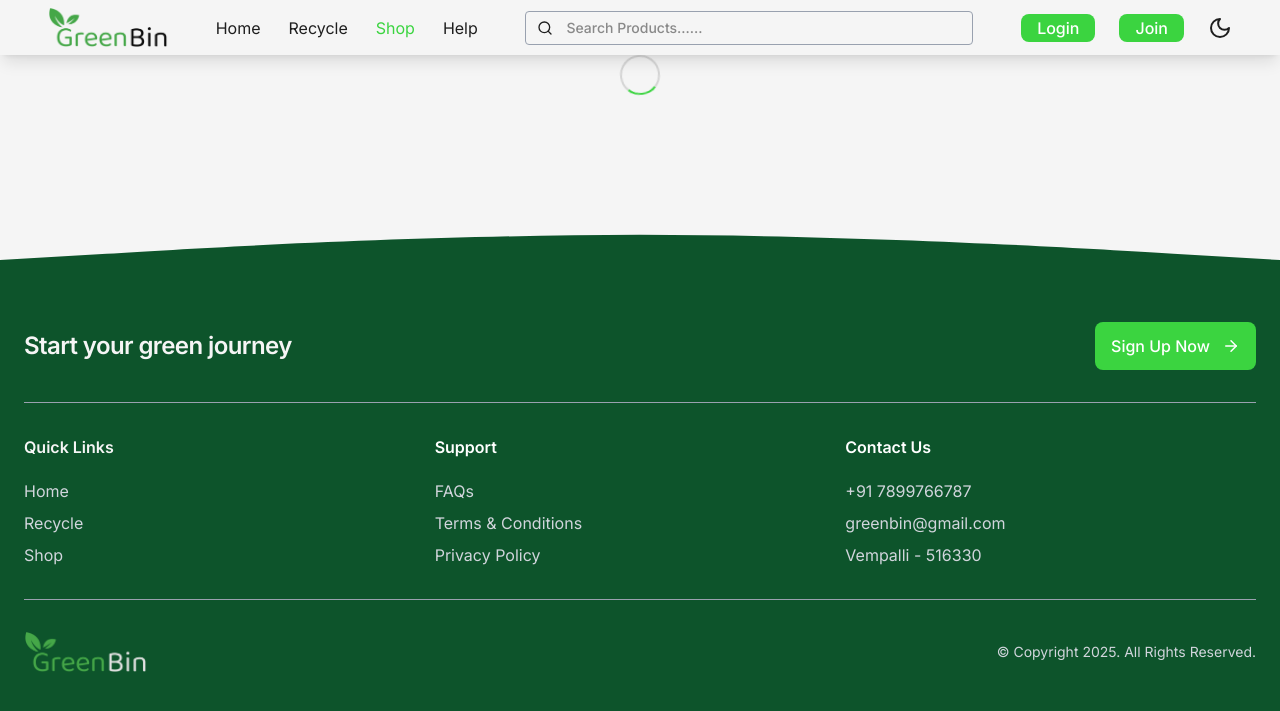
Repository: Siddhu123456/Plastic-Waste-Management
Page: /shop (app in frontend/)
The author's editor kept a copy of each file at every save. The page is drawn from the files as they stood at one save, then again after the next save.
The browser window is 1280 px wide. The pictures show the whole page.
The page's requests for data from a server got no answer. The project was rebuilt for these pictures with package versions that can differ from the ones it lists, and the page was loaded fresh each time. No one was signed in, and anything a server would have sent is missing. Also part of the build but not shown: frontend/vite.config.js, frontend/src/components/ProductCard.jsx, frontend/src/components/TrendingProductsCarousel.jsx, frontend/src/pages/Home.jsx, frontend/src/components/FilterBar.jsx, frontend/src/pages/customer/Recycle.jsx, frontend/src/components/CartItemCard.jsx, frontend/src/pages/customer/Cart.jsx and 14 more. Imported but missing from the stored project, and not drawn on this page: frontend/src/pages/Help, frontend/src/pages/customer/WishList.

Above is the page before, as saved 2025-05-06 16:34:41.

### frontend/src/index.css
@import url('https://fonts.googleapis.com/css2?family=Fugaz+One&family=Montserrat:ital@0;1&display=swap');
@import url('https://fonts.googleapis.com/css2?family=Inter:ital,opsz,wght@0,14..32,100..900;1,14..32,100..900&display=swap');
@import "tailwindcss";


@custom-variant dark (&:where(.dark, .dark *));


@theme{
  --color-ow : #f5f5f5;
  --color-dbg : #000803;
  --color-dsc : #1e221f;
  --color-dtc : #313532;
  --color-lgg : #3bd440;
  --color-tc : #1e1e1e;
  --color-lgd : #2aa12e;
  --color-bl: #1D2A35;
  --color-lg-trans : rgba(69, 167, 72, 0.3);
}

@layer components {
  .pri-btn {
    @apply text-white cursor-pointer text-center rounded-lg bg-lgg hover:bg-lgd transition duration-300
  }
  .white-btn {
    @apply text-lgg cursor-pointer text-center rounded-2xl bg-ow transition duration-300
  }
  .trans-btn{
    @apply border text-center rounded-2xl cursor-pointer border-lgg text-lgg hover:bg-lgg hover:text-white transition
  }

  .white-trans-btn{
    @apply border text-center rounded-2xl cursor-pointer border-white text-white transition duration-300
  }
}

@layer utilities{
  .no-scrollbar::-webkit-scrollbar {
    display: none;
}
.no-scrollbar {
    -ms-overflow-style: none;
    scrollbar-width: none;
}
}

:root{
  font-family: "Inter", sans-serif;
  background-color: #f5f5f5;
  box-sizing: border-box;
  overflow-x: hidden;
}


input[type='range'] {
  pointer-events: all;
  height: 0;
}

input[type='range']::-webkit-slider-thumb {
  appearance: none;
  height: 16px;
  width: 16px;
  background: #22c55e;
  border-radius: 9999px;
  cursor: pointer;
  border: none;
}

input[type='range']::-moz-range-thumb {
  height: 16px;
  width: 16px;
  background: #22c55e;
  border-radius: 9999px;
  cursor: pointer;
  border: none;
}

### frontend/src/App.jsx
import { CartProvider } from './components/CartContext.jsx';
import AppRoutes from './routes/AppRoutes.jsx'


const App = () => (
    <CartProvider>
        <AppRoutes />
    </CartProvider>
)

export default App;

### frontend/src/components/CartContext.jsx
import { createContext, useContext, useState } from "react";

const CartContext = createContext();

export const CartProvider = ({ children }) => {
  const [cartCount, setCartCount] = useState(0);

  return (
    <CartContext.Provider value={{ cartCount, setCartCount }}>
      {children}
    </CartContext.Provider>
  );
};

export const useCart = () => useContext(CartContext);

### frontend/src/routes/AppRoutes.jsx
import {BrowserRouter as Router, Routes, Route} from 'react-router-dom'

import Home from '../pages/Home'
import Help from '../pages/Help'
import Shop from '../pages/customer/Shop'
import Recycle from '../pages/customer/Recycle'
import Cart from '../pages/customer/Cart'
import WishList from '../pages/customer/WishList'
import ProductOverview from '../pages/customer/ProductOverview'
import ScrollToTop from './ScrollToTop'
import Layout from '../components/Layout'
import Wallet from '../pages/customer/Wallet'
import OrderHistory from '../pages/customer/OrderHistory'
import OrderSummary from '../pages/customer/OrderSummary'
import PickupHistory from '../pages/customer/PickupHistory'
import CustomerProfile from '../pages/customer/CustomerProfile'
import ProductForm from '../pages/admin/ProductForm'

const AppRoutes = () => {
  return (
    <Router>
      <Layout>
      <ScrollToTop />
        <Routes>
            <Route path='/' element={<Home />} />
            <Route path='/recycle' element={<Recycle />} />
            <Route path='/shop' element={<Shop />} />
            <Route path='/help' element={<Help />} />
            <Route path='/cart' element={<Cart />} />
            <Route path='/favorites' element={<WishList />} />
            <Route path='/wallet' element={<Wallet />} />
            <Route path='/product/:id' element={<ProductOverview />} />
            <Route path='/orders' element={<OrderHistory />} />
            <Route path='/orders/:id' element={<OrderSummary />} />
            <Route path='/pickups' element={<PickupHistory />} />
            <Route path='/cprofile' element={<CustomerProfile />} />
            <Route path='/pform' element={<ProductForm />} />
        </Routes>
        </Layout>
    </Router>
  )
}

export default AppRoutes

### frontend/src/pages/customer/Shop.jsx
import React, { useState, useRef, useEffect, useMemo } from 'react';
import { LuArrowUpDown, LuSlidersHorizontal } from 'react-icons/lu';
import ProductCard from '../../components/ProductCard';
import FilterBar from '../../components/FilterBar';
import Loader from '../../components/Loader';

const Shop = () => {

  const [filterOpen, setFilterOpen] = useState(false)
  const [products, setProducts] = useState([])
  const [loading, setLoading] = useState(true)

  useEffect(() => {
    fetch("http://localhost:8080/api/product/all")
      .then((res) => res.json())
      .then((data) => setProducts(data))
      .catch((err) => console.error(err));
  }, []);


  const [filters, setFilters] = useState({
    categories:[],
    inStockOnly: false,
    minRating: 0,
    discountOnly: false,
    priceRange: [0,2000]
  });


  const updateFilter = (key, value) => {
    setFilters(prev => ({...prev,[key]:value}));
  };


  const [sortOption, setSortOption] = useState('Popularity');
  const [isSortOpen, setIsSortOpen] = useState(false);
  const sortRef = useRef(null);

  const handleSortChange = (sortKey) => {
    setSortOption(sortKey);
    setIsSortOpen(false);
  };

  // Close sort dropdown when clicking outside
  useEffect(() => {
    const handleClickOutside = (event) => {
      if (sortRef.current && !sortRef.current.contains(event.target)) {
        setIsSortOpen(false);
      }
    };
    document.addEventListener('mousedown', handleClickOutside);
    return () => document.removeEventListener('mousedown', handleClickOutside);
  }, []);


  const filteredProducts = useMemo(() => {
    return products.filter(product => {
      const inCategory = filters.categories.length === 0 || filters.categories.includes(product.category);
      const inStock = !filters.inStockOnly || product.stock;
      const meetsRating = product.rating >= filters.minRating;
      const hasDiscount = !filters.discountOnly || product.discount > 0;
      const inPriceRange = product.price >= filters.priceRange[0] && product.price <= filters.priceRange[1];

      return inCategory && inStock && meetsRating && hasDiscount && inPriceRange;
    });
  }, [products, filters]);

  const sortedProducts = useMemo(() => {
    const sorted = [...filteredProducts];
    switch (sortOption) {
      case 'Newest':
        sorted.sort((a, b) => new Date(b.createdAt) - new Date(a.createdAt));
        break;
      case 'Rating':
        sorted.sort((a, b) => b.rating - a.rating);
        break;
      case 'Cost Low to High':
        sorted.sort((a, b) => a.price - b.price);
        break;
      case 'Cost High to Low':
        sorted.sort((a, b) => b.price - a.price);
        break;
      case 'Popularity':
      default:
        const C = 3.5; // average rating across all products
        const m = 10;  // minimum votes for full trust

        sorted.sort((a, b) => {
          const scoreA = ((a.ratedCount / (a.ratedCount + m)) * a.rating) + ((m / (a.ratedCount + m)) * C);
          const scoreB = ((b.ratedCount / (b.ratedCount + m)) * b.rating) + ((m / (b.ratedCount + m)) * C);
          return scoreB - scoreA;
        });
        break;
    }

    return sorted;
  }, [filteredProducts, sortOption]);

  if(loading)
    return (
    <div className="flex justify-center pt-1/2 w-full"><Loader/></div>
    )

  return (
    <>

      {/* Filtering and Sorting */}
      <section className='bg-ow sticky top-13 py-3 z-40 dark:bg-dsc text-gray-800 dark:text-neutral-200'>
        <div className='flex justify-between px-4 md:px-8 text-sm flex-wrap gap-y-2'>
          <div
            onClick={()=>setFilterOpen(true)}
            className="flex items-center gap-2 md:gap-4 overflow-x-auto no-scrollbar cursor-pointer hover:text-lgg"
          >
            <div>
              <LuSlidersHorizontal />
            </div>
            Filters
          </div>

          <div className="flex items-center relative" ref={sortRef}>
            <p className='px-3 text-gray-600 dark:text-neutral-400'>{sortedProducts.length} results</p>
            <button
              onClick={() => setIsSortOpen(!isSortOpen)}
              className="flex items-center gap-1 border-l-2 pl-3 border-gray-400 cursor-pointer hover:text-lgg"
            >
              {sortOption}
              <LuArrowUpDown />
            </button>

            {isSortOpen && (
                <ul className="absolute right-0 top-full mt-2 z-50 bg-white dark:bg-dtc border border-neutral-300 dark:border-neutral-700 rounded-md shadow-lg text-sm w-52">
                  {[
                    { label: 'Popularity', key: 'Popularity' },
                    { label: 'Newest', key: 'Newest' },
                    { label: 'Rating', key: 'Rating' },
                    { label: 'Cost Low to High', key: 'Cost Low to High' },
                    { label: 'Cost High to Low', key: 'Cost High to Low' }
                  ].map(({ label, key }) => (
                    <li
                      key={key}
                      className={`px-4 py-2 cursor-pointer ${
                        sortOption === key ? 'bg-lgg text-white dark:text-black font-semibold' : 'hover:bg-neutral-200 dark:hover:bg-neutral-700'
                      }`}
                      onClick={() => handleSortChange(key)}
                    >
                      {label}
                    </li>
                  ))}
                </ul>
            )}

          </div>
        </div>
      </section>

      {/* Product Grid */}
      <section className='bg-ow dark:bg-dsc'>
        {sortedProducts.length?
          <div
          className="grid grid-cols-2 sm:grid-cols-3 lg:grid-cols-4 xl:grid-cols-5
                      py-4 px-1 sm:px-4 xl:px-6
                      gap-x-0.5 gap-y-1 sm:gap-3 md:gap-3.5 xl:gap-3">
            {sortedProducts.map(product =>
              <ProductCard
                key={product.pId}
                product={product}
              />
            )}
          </div>:
          <div className='text-center p-6 text-2xl text-lgg'>
            No Products Found
          </div>
          }
      </section>

      <FilterBar
        isOpen={filterOpen}
        filters = {filters}
        updateFilter={updateFilter}
        onClose={()=>setFilterOpen(false)}
      />

    </>
  );
};

export default Shop;

### frontend/src/routes/ScrollToTop.jsx
import { useEffect } from "react";
import { useLocation } from "react-router-dom";

const ScrollToTop = () => {
    const {pathname} = useLocation()
    useEffect(() => {
        window.scrollTo(0,0)
    },[pathname])

    return null
}

export default ScrollToTop;

### frontend/src/components/Layout.jsx
// Layout.jsx
import React from "react"
import Footer from "./Footer";
import Navbar from "./Navbar"

const Layout = ({ children }) => {
  return (
    <div className="min-h-screen flex flex-col bg-ow dark:bg-dsc">
      <Navbar />

      <main className="flex-1">
        {children}
      </main>

      <Footer />
    </div>
  );
};

export default Layout;

### frontend/src/components/Loader.jsx
import React from 'react'

const Loader = () => {
  return (
    <div class="w-10 h-10 border-2 rounded-full border-neutral-300 border-t-lgg animate-spin">
  </div>
  )
}

export default Loader

### frontend/src/components/Footer.jsx
import React, { useState } from 'react'
import LogoGBW from '../assets/images/logoGBW.png'
import { Link } from 'react-router-dom'
import { LuArrowRight } from 'react-icons/lu'
import AuthModal from '../pages/auth/AuthModal'

const Footer = () => {

    const user = JSON.parse(localStorage.getItem('user'));
    const userId = user?.id;

    const [authOpen, setAuthOpen] = useState(false)
    const [loginOpen, setLoginOpen] = useState(false)


  return (
    <footer className="bg-green-900 relative mt-16 bottom-0">
        <svg
            className="absolute top-0 w-full h-6 -mt-5 sm:-mt-10 sm:h-16 text-deep-purple-accent-400"
            preserveAspectRatio="none"
            viewBox="0 0 1440 54"
        >
            <path
            fill="#0d542b"
            d="M0 22L120 16.7C240 11 480 1.00001 720 0.700012C960 1.00001 1200 11 1320 16.7L1440 22V54H1320C1200 54 960 54 720 54C480 54 240 54 120 54H0V22Z"
            />
        </svg>

        <div className="container px-6 py-12 mx-auto">
            {!userId &&
                <>
                <div className="md:flex md:-mx-3 md:items-center md:justify-between">
                    <h1 className="text-xl font-semibold tracking-tight md:mx-3 xl:text-2xl text-ow">Start your green journey</h1>
                        <div className="mt-6 md:mx-3 shrink-0 md:mt-0 md:w-auto">
                            <button
                                className="inline-flex items-center justify-center font-medium w-full px-4 py-3  gap-x-3 pri-btn"
                                onClick={
                                    () => {
                                        setLoginOpen(false)
                                        setAuthOpen(true)
                                    }}
                            >
                                <span>Sign Up Now</span>
                                <LuArrowRight className='text-lg'/>
                            </button>
                        </div>
                </div>
                <hr className="my-6 border-gray-400 md:my-8"/>
                </>
            }

            <div className="grid grid-cols-2 gap-x-0 gap-y-6 sm:grid-cols-3">
                <div>
                    <p className="font-semibold text-ow">Quick Links</p>

                    <div className="flex flex-col items-start mt-5 space-y-2">
                        <Link to="/" className=" transition-colors duration-300 text-gray-300 hover:text-lgg">Home</Link>
                        <Link to="/recycle" className=" transition-colors duration-300 text-gray-300 hover:text-lgg">Recycle</Link>
                        <Link to="/shop" className=" transition-colors duration-300 text-gray-300 hover:text-lgg">Shop</Link>
                    </div>
                </div>

                <div>
                    <p className="font-semibold  text-white">Support</p>

                    <div className="flex flex-col items-start mt-5 space-y-2">
                        <Link to="#" className=" transition-colors duration-300 text-gray-300 hover:text-lgg">FAQs</Link>
                        <Link to="#" className=" transition-colors duration-300 text-gray-300 hover:text-lgg">Terms & Conditions</Link>
                        <Link to="#" className=" transition-colors duration-300 text-gray-300 hover:text-lgg">Privacy Policy</Link>
                    </div>
                </div>

                <div>
                    <p className="font-semibold  text-white">Contact Us</p>

                    <div className="flex flex-col items-start mt-5 space-y-2">
                        <Link to="#" className=" transition-colors duration-300 text-gray-300 hover:text-lgg">+91 7899766787</Link>
                        <Link to="#" className=" transition-colors duration-300 text-gray-300 hover:text-lgg">greenbin@gmail.com</Link>
                        <Link to="#" className=" transition-colors duration-300 text-gray-300 hover:text-lgg">Vempalli - 516330</Link>
                    </div>
                </div>
            </div>

            <hr className="my-6 border-gray-400 md:my-8 "/>

            <div className="flex flex-col items-center justify-between sm:flex-row">
                <Link to="#">
                    <img className="w-auto h-10" src={LogoGBW} alt=""/>
                </Link>

                <p className="mt-4 text-sm sm:mt-0 text-gray-300">© Copyright 2025. All Rights Reserved.</p>
            </div>
        </div>

        <AuthModal
        authOpen={authOpen}
        loginOpen={loginOpen}
        setLoginOpen={()=>setLoginOpen(prev => !prev)}
        onClose={() => setAuthOpen(prev => !prev)}
      />
    </footer>

  )
}

export default Footer

### frontend/src/pages/auth/AuthModal.jsx
import React, { useEffect, useState } from 'react'
import Modal from '../../components/Modal'
import ForgotPassword from './FogotPassword'
import Login from './Login'
import Signup from './Signup'

const AuthModal = ({authOpen, loginOpen, setLoginOpen, onClose, setIsLogged}) => {
      const [isPasswordForgot, setIsPasswordForgot] = useState(false)
      useEffect(() => {
        if (!authOpen) {
          setIsPasswordForgot(false)
        }
      }, [authOpen])
  return (
    <Modal
        open={authOpen}
        onClose={onClose}
    >
        {
            isPasswordForgot ? <ForgotPassword setIsPasswordForgot={setIsPasswordForgot} /> :
                loginOpen ? <Login setLoginOpen={setLoginOpen} onClose={onClose} setIsPasswordForgot={() => setIsPasswordForgot(prev => !prev)} setIsLogged={setIsLogged} /> :
                    <Signup setLoginOpen={setLoginOpen} setIsLogged={setIsLogged} onClose={onClose}/>
        }
    </Modal>
  )
}

export default AuthModal

### frontend/src/components/ThemeToggle.jsx
import { useEffect, useState } from "react";
import { LuMoon, LuSun, LuSunDim } from 'react-icons/lu';


const ThemeToggle = ({theme,setTheme}) => {
  useEffect(() => {
    if (theme === "dark") {
      document.documentElement.classList.add("dark");
    } else {
      document.documentElement.classList.remove("dark");
    }
    localStorage.setItem("theme", theme);
  }, [theme]);

  const toggleTheme = () => {
    setTheme(theme === "light" ? "dark" : "light");
  };

  return (
    <button
      onClick={toggleTheme}
      className="flex items-center justify-center cursor-pointer hover:text-lgg"
    >
      {theme === "light" ? <LuMoon className="text-2xl sm:text-xl md:text-2xl" /> : <LuSun className="text-2xl" />}
    </button>
  );
};

export default ThemeToggle;

Loaded but not shown: frontend/index.html (common file); frontend/src/main.jsx (common file); frontend/src/components/Navbar.jsx (434 lines, source omitted)

After the next save:
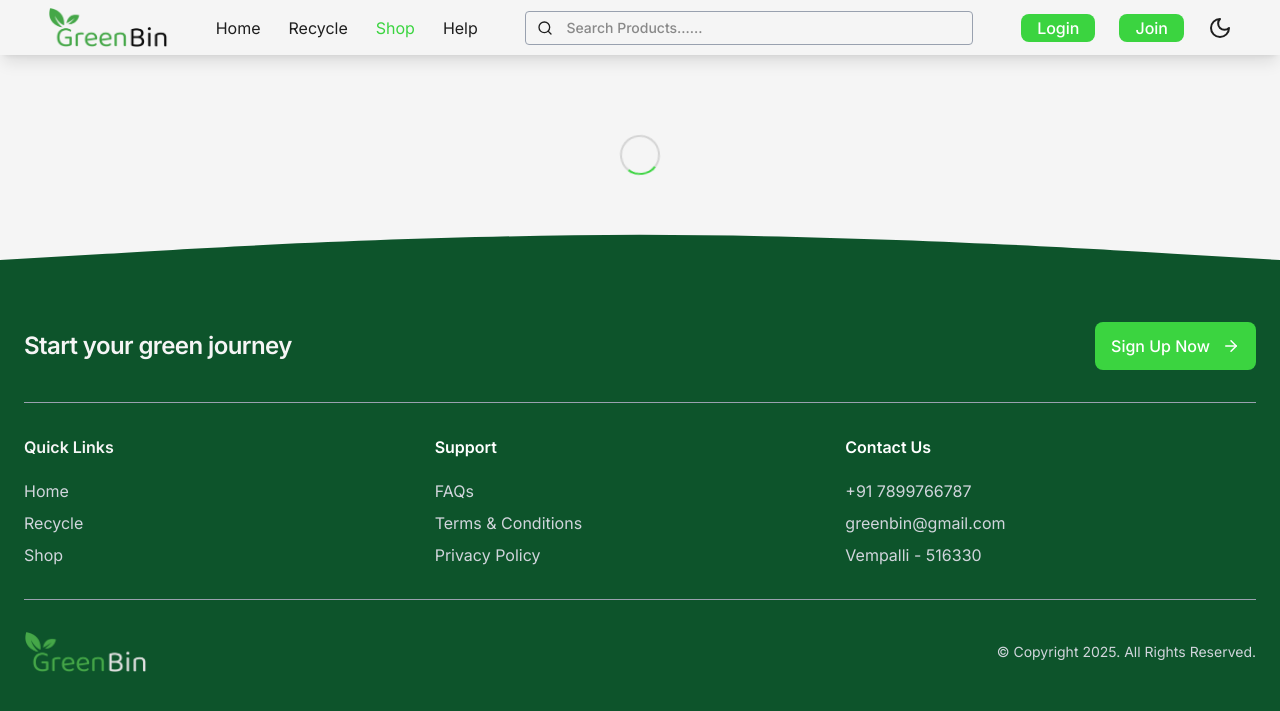
Saved 12 s later.
--- a/frontend/src/pages/customer/Shop.jsx
+++ b/frontend/src/pages/customer/Shop.jsx
@@ -98,7 +98,7 @@ const Shop = () => {
 
   if(loading)
     return (
-    <div className="flex justify-center pt-1/2 w-full"><Loader/></div>
+    <div className="flex justify-center pt-20 w-full"><Loader/></div>
     )
 
   return (
